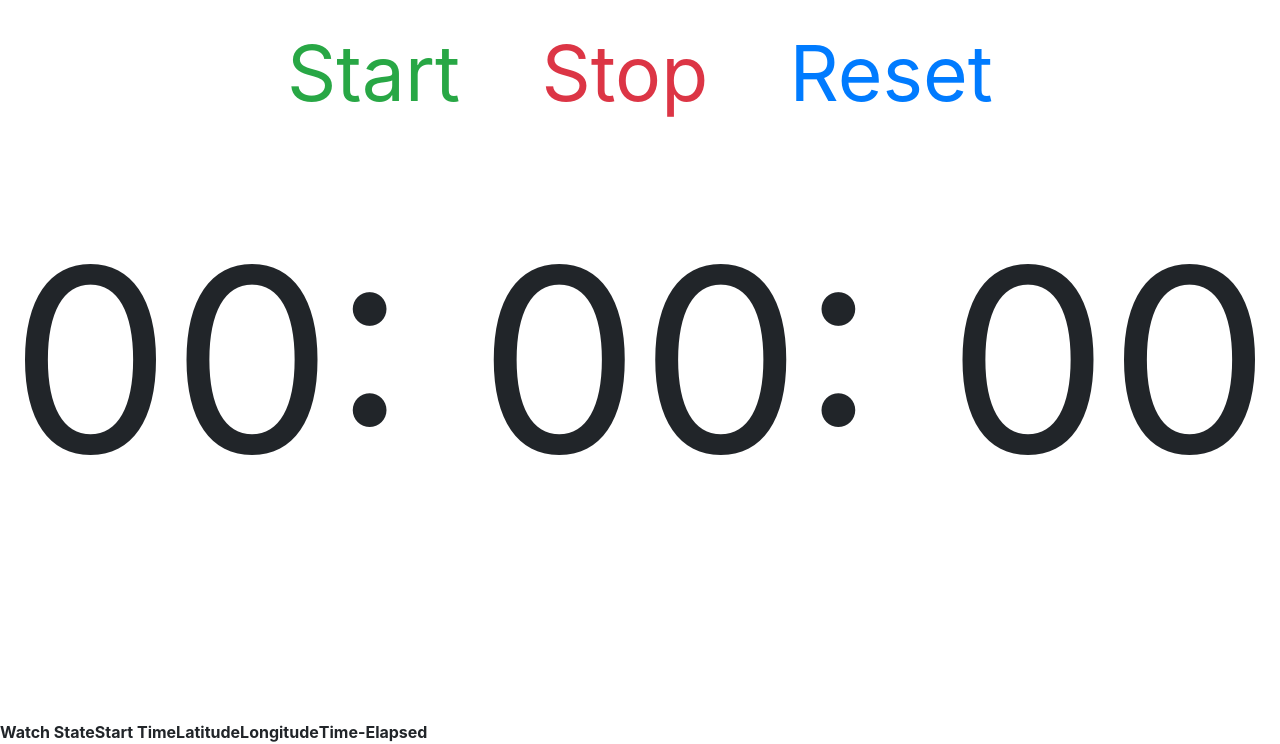
Repository: ranjith-gampa/simpleStopWatch
Page: index.html
The author's editor kept a record of every edit. The page is drawn from the files as they stood at one moment, then again after the next edit.
The browser window is 1280 px wide. The pictures show the whole page.

Above is the page before.

### index.html
<!DOCTYPE html>
<html lang="en-us">

<head>
	<title> GeoStopWatch </title>
	<link rel="stylesheet" href="https://maxcdn.bootstrapcdn.com/bootstrap/4.0.0-beta.2/css/bootstrap.min.css" integrity="sha384-PsH8R72JQ3SOdhVi3uxftmaW6Vc51MKb0q5P2rRUpPvrszuE4W1povHYgTpBfshb" crossorigin="anonymous">
	<link rel = "stylesheet" href = "geostopwatch.css" type="text/css"/>

</head>
<body>
	<nav class="controls">
			<a href="#" class="button-start" onClick="stopwatch.start();">Start</a>
			<a href="#" class="button-stop" onClick="stopwatch.stop();">Stop</a>
			<a href="#" class="button-reset" onClick="stopwatch.clear();">Reset</a>
	</nav>
	<div class="stopwatch"></div>
	<table id="myTable">
      <thead>
        <th>Watch State</th>
        <th>Start Time</th>
        <th>Latitude</th>
        <th>Longitude</th>
        <th>Time-Elapsed</th>
      </thead>
    </table>
	<!--<ul class="results"></ul>-->
	<script type="text/javascript" src="stopwatchscript.js"></script>
</body>

</html>

### geostopwatch.css
* {
  margin: 0;
  padding: 0;
}

html {
  background: #333;
  color: #bbb;
  font-family: Menlo;
}

.controls {
  position: fixed;
  text-align: center;
  top: 1em;
  width: 100%;
}

.button-start {
  color: #28a745;
  font-size: 6vw;
  margin: 0 0.5em;
  text-decoration: none;
  margin-left: 0;
}

.button-stop {
  color: #dc3545;
  font-size: 6vw;
  margin: 0 0.5em;
  text-decoration: none;
}

.button-reset {
  color: #007bff;
  font-size: 6vw;
  margin: 0 0.5em;
  text-decoration: none;
  margin-right: 0;
}

.button-clear {
  color: #007bff;
  font-size: 6vw;
  margin: 0 0.5em;
  text-decoration: none;
  margin-right: 0;
}

.button:first-child {
    margin-left: 0;
}

.button:last-child {
    margin-right: 0;
}

.button-start:hover {
  color: #28a745;
}

.button-stop:hover {
  color: #dc3545;
}

.button-reset:hover {
  color: #007bff;
}

.button-clear:hover {
  color: #007bff;
}

.stopwatch {
  font-size: 20vw;
  height: 100%;
  line-height: 100vh;
  text-align: center;
}

.table {
  border-color: lime;
  margin: 0;
  padding: 0;
  position: absolute;
  bottom: 0;
  left: 50%;
  transform: translateX(-50%);
}

### stopwatchscript.js
class Stopwatch {

    constructor(display, results) {
        this.running = false;
        this.display = display;
        this.results = results;
        this.reset();
        this.print(this.times);
        if(localStorage.getItem("arr") === null){
            this.arr = [];
        }
        else{
            this.arr = localStorage.getItem("arr");
        }
    }

    reset() {
        this.times = [ 0, 0, 0 ];
        this.display.innerText = this.format([0,0,0]);
    }

    start() {
        if (!this.time) this.time = performance.now();
        this.prev = this.time
        if(!this.running){
            var watchState = "watch-started";
            geoFindMe(watchState);
        }
        if (!this.running) {
            this.running = true;
            requestAnimationFrame(this.step.bind(this));
        }
    }

    stop() {
        if(this.running){
            geoFindMe("watch-stopped", this.time, this.prev);
        }
        this.running = false;
        this.time = null;

    }

    restart() {
        if (!this.time) this.time = performance.now();
        if (!this.running) {
            this.running = true;
            requestAnimationFrame(this.step.bind(this));
        }
        this.reset();
    }

    clear() {
        clearChildren(this.myTable);
    }

    step(timestamp) {
        if (!this.running) return;
        this.calculate(timestamp);
        this.time = timestamp;
        this.print();
        requestAnimationFrame(this.step.bind(this));
    }

    calculate(timestamp) {
        var diff = timestamp - this.time;
        // Hundredths of a second are 100 ms
        this.times[2] += diff / 10;
        // Seconds are 100 hundredths of a second
        if (this.times[2] >= 100) {
            this.times[1] += 1;
            this.times[2] -= 100;
        }
        // Minutes are 60 seconds
        if (this.times[1] >= 60) {
            this.times[0] += 1;
            this.times[1] -= 60;
        }
    }

    print() {
        this.display.innerText = this.format(this.times);
    }

    format(times) {
        return `\
            ${pad0(times[0], 2)}:\
            ${pad0(times[1], 2)}:\
            ${pad0(Math.floor(times[2]), 2)}`;
    }

    saveToLocal(info){
        this.arr.push(info);
    }
}

function pad0(value, count) {
    var result = value.toString();
    for (; result.length < count; --count)
        result = '0' + result;
    return result;
}

function clearChildren(table) {
    while(table.rows.length > 0) {
        table.deleteRow(0);
    }
}

function stopwatchInfo(watchState, startTime, latitude, longitude, timeElapsed ){
    this.watchState = watchState;
    this.startTime = startTime;
    this.latitude = latitude;
    this.longitude = longitude;
    this.timeElapsed = timeElapsed;
}

//console.log("Previous Elements count:- "+localStorage.getItem("arr").length)
let stopwatch = new Stopwatch(
    document.querySelector('.stopwatch'),
    document.querySelector('.myTable'));

function geoFindMe(state, current, prev) {
  var table = document.getElementById("myTable");

  if (!navigator.geolocation){
    //output.innerHTML = "<p>Geolocation is not supported by your browser</p>";
    return;
  }

  function success(position) {
    var latitude  = position.coords.latitude;
    var longitude = position.coords.longitude;
    var tableRef = document.getElementById('myTable').getElementsByTagName('tbody')[0];
    var row   = tableRef.insertRow(tableRef.rows.length);
    var cell1 = row.insertCell(0);
    var cell2 = row.insertCell(1);
    var cell3 = row.insertCell(2);
    var cell4 = row.insertCell(3);
    var cell5 = row.insertCell(4);

    cell1.innerHTML = state;
    cell2.innerHTML = new Date();
    cell3.innerHTML = latitude;
    cell4.innerHTML = longitude;
    if(state === "watch-stopped"){
        var num = (current - prev)/1000
        var diff = Math.round( num * 1000 + Number.EPSILON ) / 1000
        cell5.innerHTML = diff + "s";
         arr.push(new stopwatchInfo(state, new Date(), latitude, longitude, diff))
         localStorage.setItem("arr", arr);
    }
    saveToLocal(new stopwatchInfo(state, new Date(), latitude, longitude));

  }

  function error() {
    //output.innerHTML = "Unable to retrieve your location";
  }


  navigator.geolocation.getCurrentPosition(success, error);
}

After the next edit:
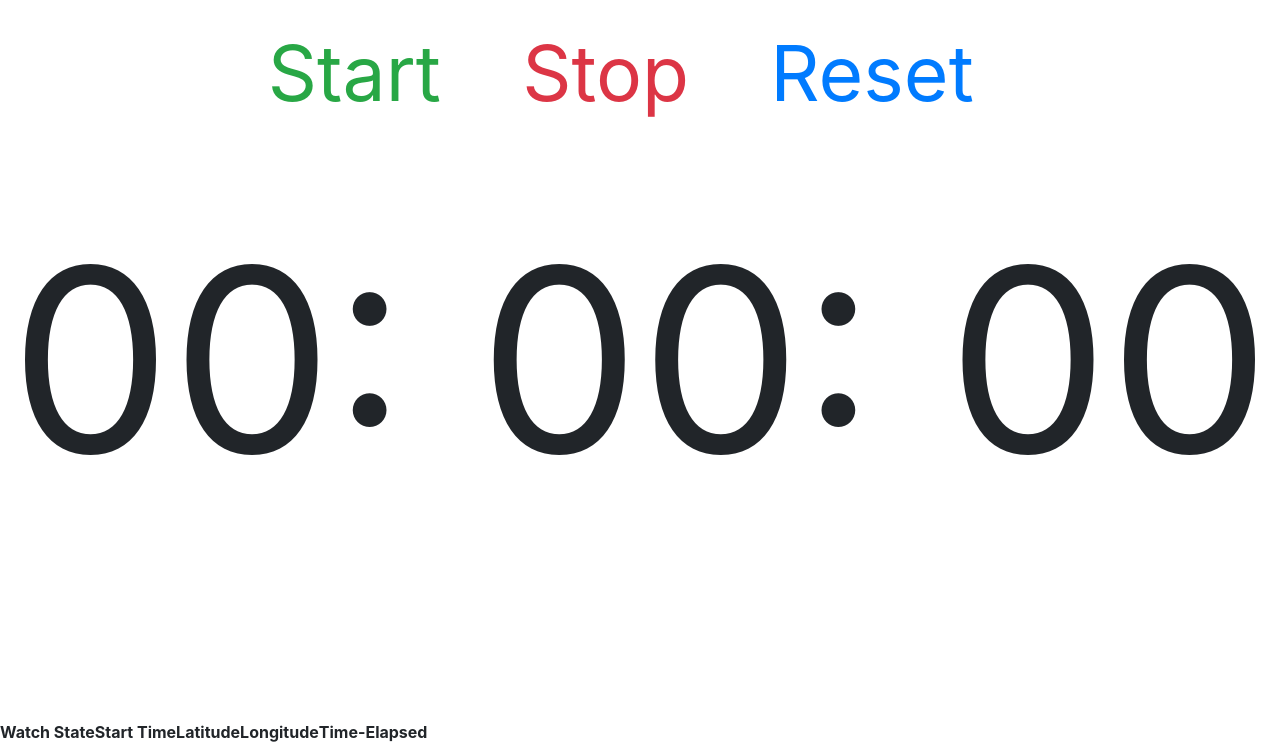
The edit:
--- a/geostopwatch.css
+++ b/geostopwatch.css
@@ -36,7 +36,6 @@
   font-size: 6vw;
   margin: 0 0.5em;
   text-decoration: none;
-  margin-right: 0;
 }
 
 .button-clear {
